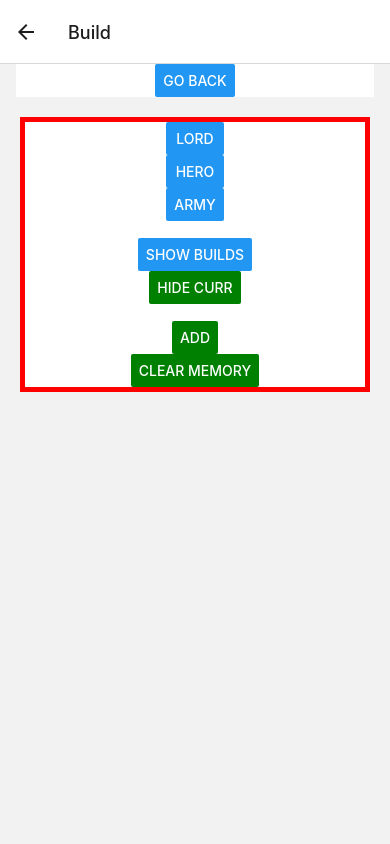
Repository: LingyuLiu11/mobile_app
Screen: /Build, after clicking the first element matching `div.r-paddingBottom-97e31f > button`
The author's editor kept a copy of each file at every save. The screen is drawn from the files as they stood at one save, then again after the next save.
The app was drawn by React Native's web renderer in a window 390 px wide. The project was rebuilt for these pictures with package versions that can differ from the ones it lists, and the page was loaded fresh each time. Also part of the build but not shown: components/Reviews.js.

Above is the screen before, as saved 2021-10-25 02:04:18.

After the next save:
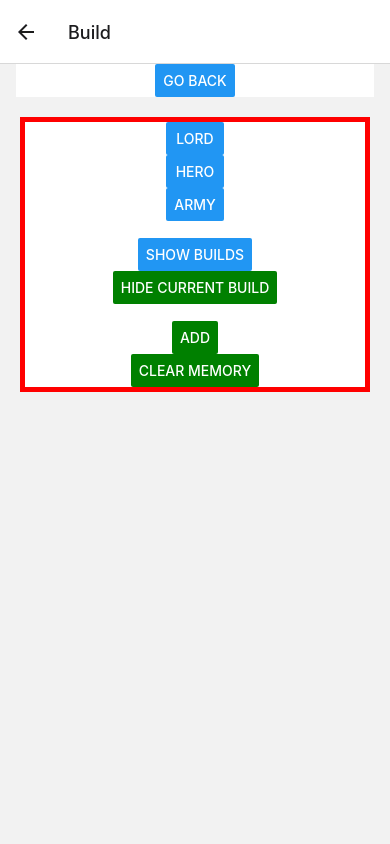
Saved 5 s later.
--- a/components/Builds.js
+++ b/components/Builds.js
@@ -130,7 +130,7 @@ const Builds = () => {
                   />
           <currView/>
       <Button
-                  title={(debugging?'hide':'show')+" curr" }
+                  title={(debugging?'hide':'show')+" current build" }
                   color="green"
                   onPress = {() => setDebugging(!debugging)}
                   />
